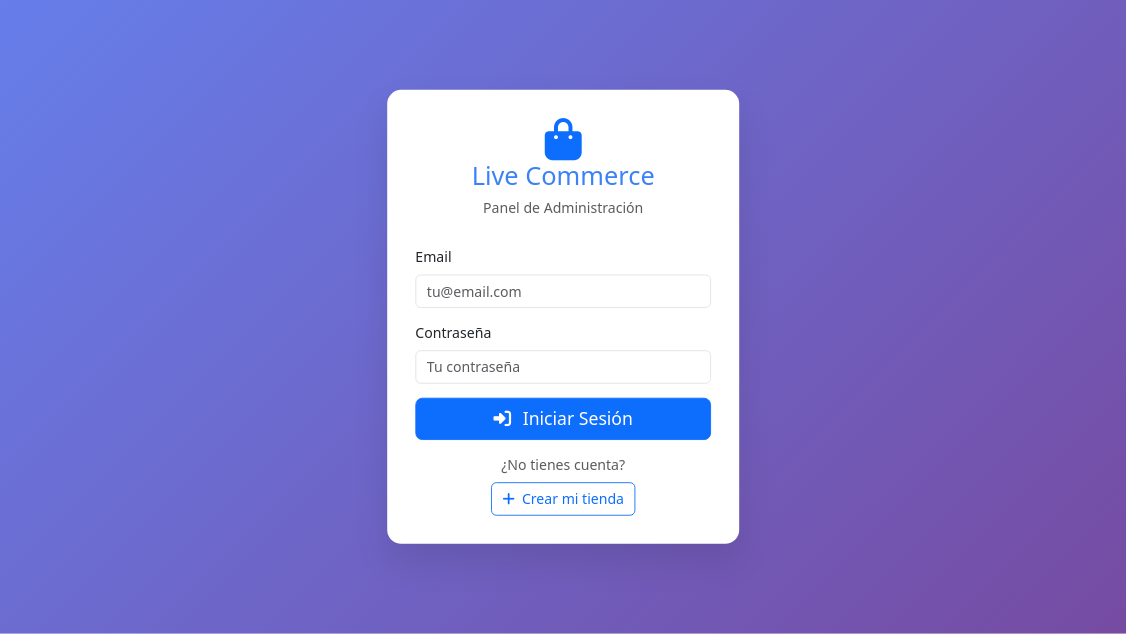
Repository: manucavallera/Jadeshop
Page: frontend/admin/index.html
An editor plug-in stored every save of this project. The page is shown before and after the next save, followed by the edit.
The browser window is 1280 px wide. The page is 1280 px wide, then 1292 px, so the pictures cover 1292 px, including what lies to the right of the window. The pictures show the whole page, at 88% of full size.
The page's requests for data from a server got no answer.

Above is the page before, as saved 2025-09-19 15:43:12.

After the next save:
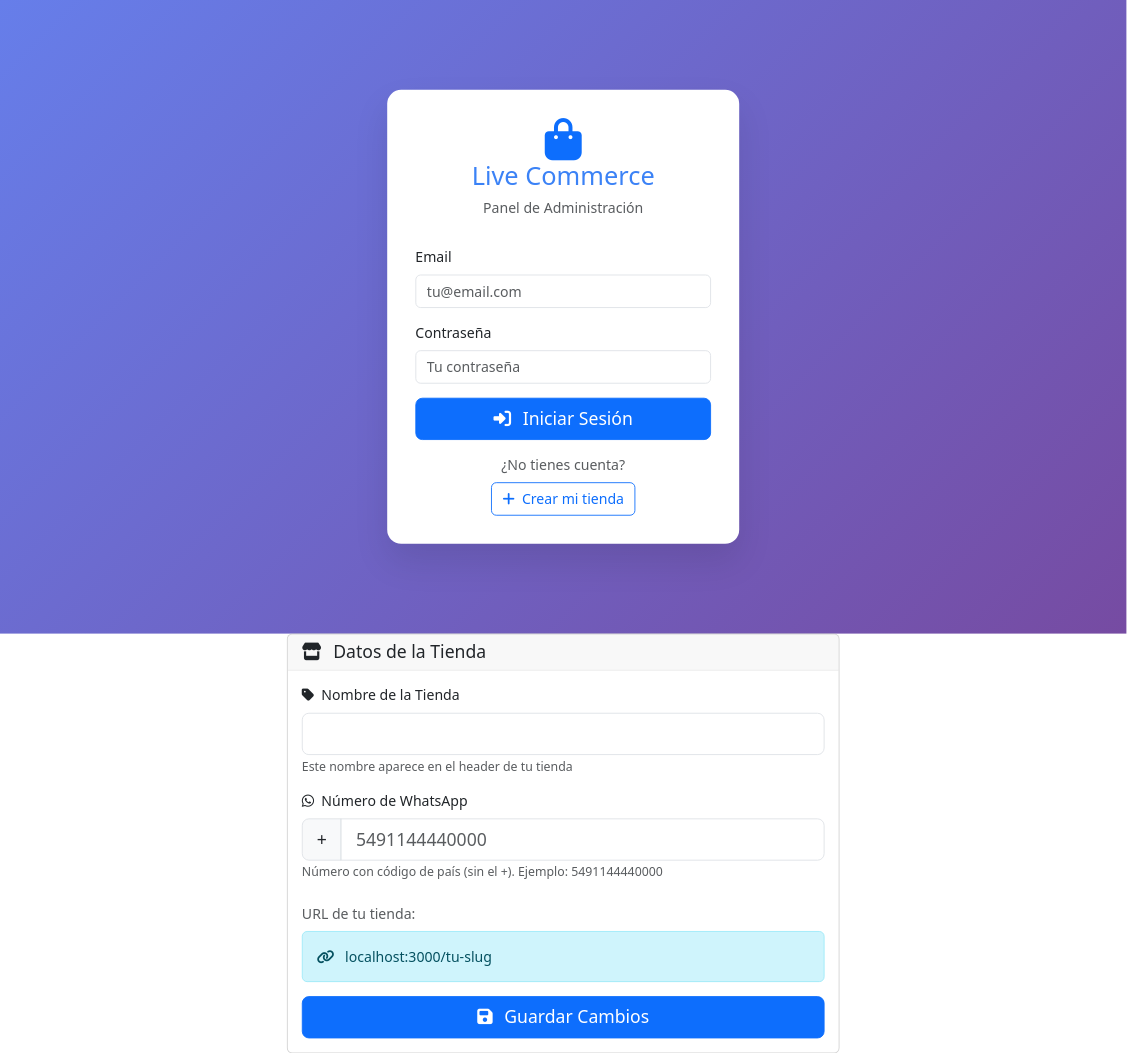
Saved 115 s later.
--- a/frontend/admin/index.html
+++ b/frontend/admin/index.html
@@ -461,10 +461,78 @@
           </div>
         </div>
         <!-- Nueva sección después de estadisticas-section: -->
-<div id="configuracion-section" class="content-section d-none">
-  <div class="d-flex justify-content-between align-items-center mb-4">
-    <h2>Configuración de la Tienda</h2>
-  </div>
+<!-- Configuración Section -->
+        <div id="configuracion-section" class="content-section d-none">
+          <div class="d-flex justify-content-between align-items-center mb-4">
+            <h2>Configuración de la Tienda</h2>
+          </div>
+
+          <div class="row justify-content-center">
+            <div class="col-lg-6">
+              <div class="card">
+                <div class="card-header">
+                  <h5 class="mb-0">
+                    <i class="fas fa-store me-2"></i>
+                    Datos de la Tienda
+                  </h5>
+                </div>
+                <div class="card-body">
+                  <form id="tiendaConfigForm">
+                    <div class="mb-3">
+                      <label for="tiendaNombreConfig" class="form-label">
+                        <i class="fas fa-tag me-1"></i>
+                        Nombre de la Tienda
+                      </label>
+                      <input type="text" class="form-control form-control-lg"
+                             id="tiendaNombreConfig" required>
+                      <small class="form-text text-muted">
+                        Este nombre aparece en el header de tu tienda
+                      </small>
+                    </div>
+
+                    <div class="mb-4">
+                      <label for="whatsappConfig" class="form-label">
+                        <i class="fab fa-whatsapp me-1"></i>
+                        Número de WhatsApp
+                      </label>
+                      <div class="input-group input-group-lg">
+                        <span class="input-group-text">+</span>
+                        <input type="tel" class="form-control" id="whatsappConfig"
+                               placeholder="5491144440000" required>
+                      </div>
+                      <small class="form-text text-muted">
+                        Número con código de país (sin el +). Ejemplo: 5491144440000
+                      </small>
+                    </div>
+
+                    <div class="mb-3">
+                      <label class="form-label text-muted">URL de tu tienda:</label>
+                      <div class="alert alert-info">
+                        <i class="fas fa-link me-2"></i>
+                        <span id="tiendaUrlPreview">localhost:3000/tu-slug</span>
+                      </div>
+                    </div>
+
+                    <div class="d-grid">
+                      <button type="submit" class="btn btn-primary btn-lg" id="guardarConfigBtn">
+                        <span id="guardarBtnText">
+                          <i class="fas fa-save me-2"></i>
+                          Guardar Cambios
+                        </span>
+                        <span id="guardarBtnSpinner" class="d-none">
+                          <span class="spinner-border spinner-border-sm me-2"></span>
+                          Guardando...
+                        </span>
+                      </button>
+                    </div>
+                  </form>
+                </div>
+              </div>
+            </div>
+          </div>
+        </div>
+      </div>
+    </div>
 
   <div class="row justify-content-center">
     <div class="col-lg-6">
